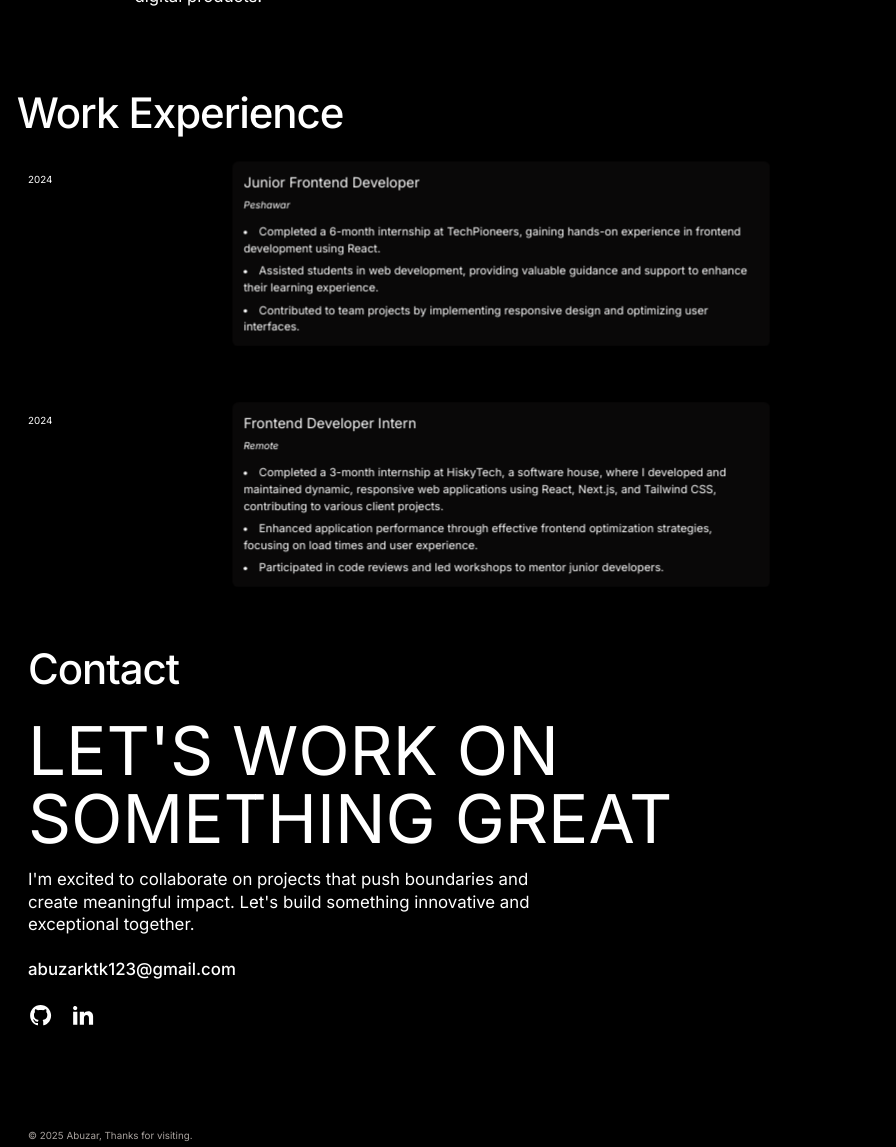
Repository: xarrkhan001/Abuzar-NewPortfolio-Framermotion
Page: /
An editor plug-in stored every save of this project. The page is shown before and after the next save, followed by the edit.
The browser window is 1280 px wide. The pictures show the part of the page from y = 2582 to 4502 px (the page is 4220 px tall before and 4564 px after), at 70% of full size.
The project was rebuilt for these pictures with package versions that can differ from the ones it lists, and the page was loaded fresh each time. Some packages were replaced by stand-ins written for this rebuild. Also part of the build but not shown: vite.config.js. Imported but missing from the stored project, and not drawn on this page: src/assets/abuzar01-Cv....pdf.

Above is the page before, as saved 2025-03-02 09:50:21.

After the next save:
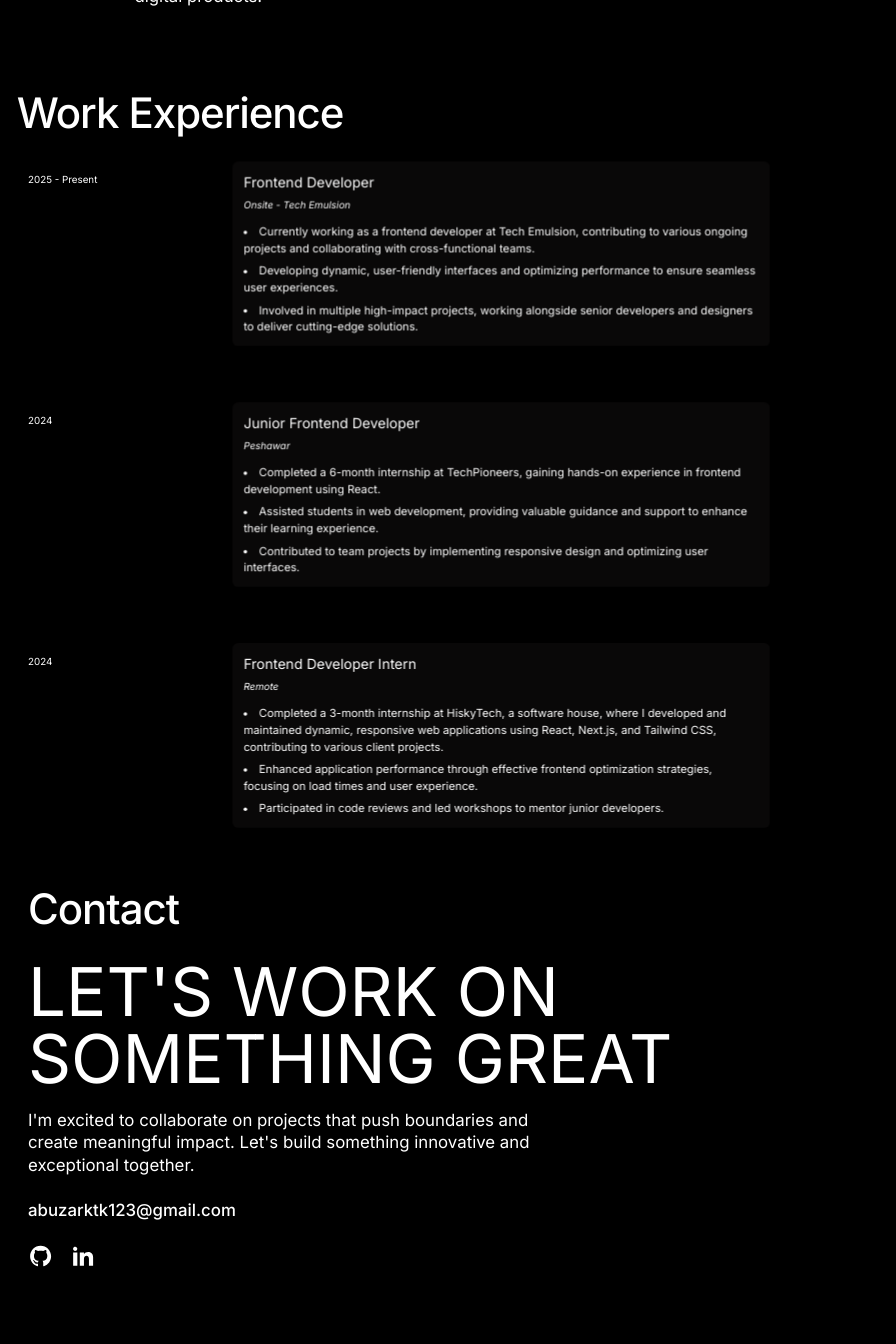
Saved 3 min 30 s later.
--- a/src/constants/index.js
+++ b/src/constants/index.js
@@ -72,6 +72,16 @@
 
 export const EXPERIENCES = [
   {
+    yearRange: "2025 - Present",
+    title: "Frontend Developer",
+    location: "Onsite - Tech Emulsion",
+    description: [
+      "Currently working as a frontend developer at Tech Emulsion, contributing to various ongoing projects and collaborating with cross-functional teams.",
+      "Developing dynamic, user-friendly interfaces and optimizing performance to ensure seamless user experiences.",
+      "Involved in multiple high-impact projects, working alongside senior developers and designers to deliver cutting-edge solutions.",
+    ],
+  },
+  {
     yearRange: "2024 ",
     title: "Junior Frontend Developer",
     location: "Peshawar",

After the save that followed:
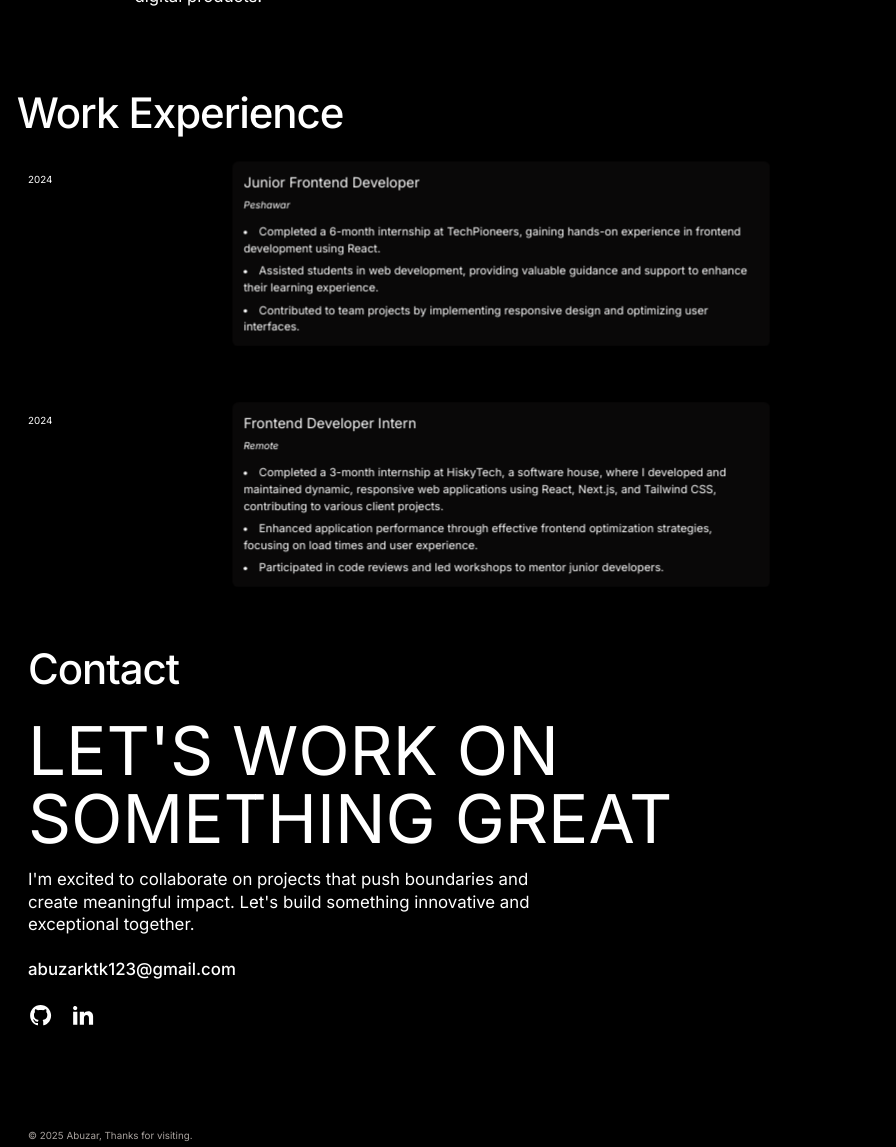
Saved 55 s later.
--- a/src/constants/index.js
+++ b/src/constants/index.js
@@ -72,16 +72,6 @@
 
 export const EXPERIENCES = [
   {
-    yearRange: "2025 - Present",
-    title: "Frontend Developer",
-    location: "Onsite - Tech Emulsion",
-    description: [
-      "Currently working as a frontend developer at Tech Emulsion, contributing to various ongoing projects and collaborating with cross-functional teams.",
-      "Developing dynamic, user-friendly interfaces and optimizing performance to ensure seamless user experiences.",
-      "Involved in multiple high-impact projects, working alongside senior developers and designers to deliver cutting-edge solutions.",
-    ],
-  },
-  {
     yearRange: "2024 ",
     title: "Junior Frontend Developer",
     location: "Peshawar",
